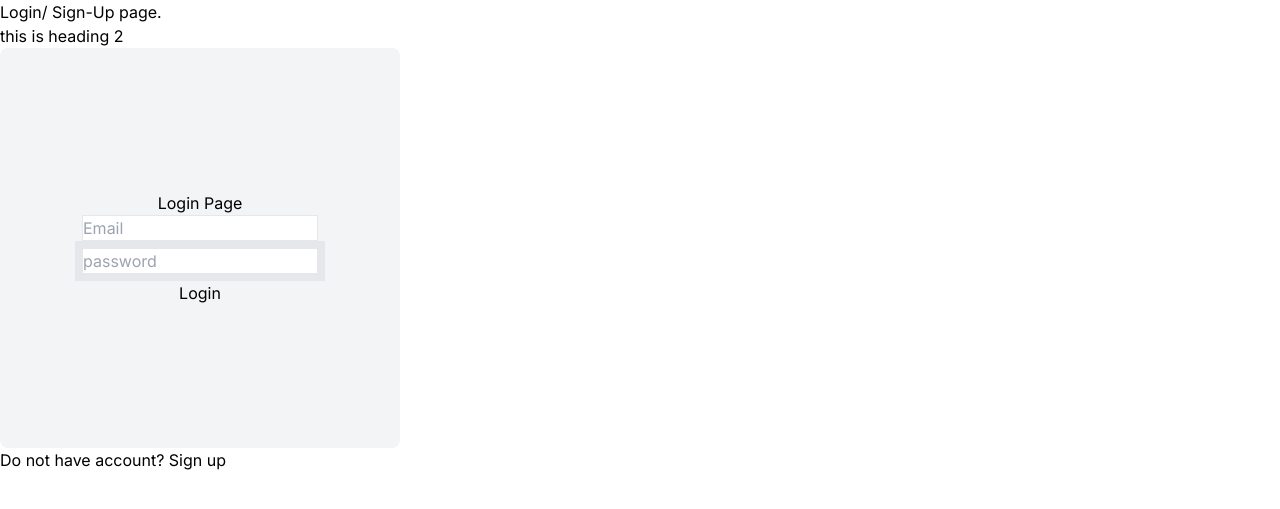
Repository: its-kundan/food-on-time
Page: /restaurant
An editor plug-in stored every save of this project. The page is shown before and after the next save, followed by the edit.
The browser window is 1280 px wide. The pictures show the whole page.
The project was rebuilt for these pictures with package versions that can differ from the ones it lists, and the page was loaded fresh each time. The framework's server and built-in components were replaced by stand-ins that run in the browser. Also part of the build but not shown: next.config.mjs, src/app/_components/SignUp.jsx.

Above is the page before, as saved 2024-07-24 23:35:18.

After the next save:
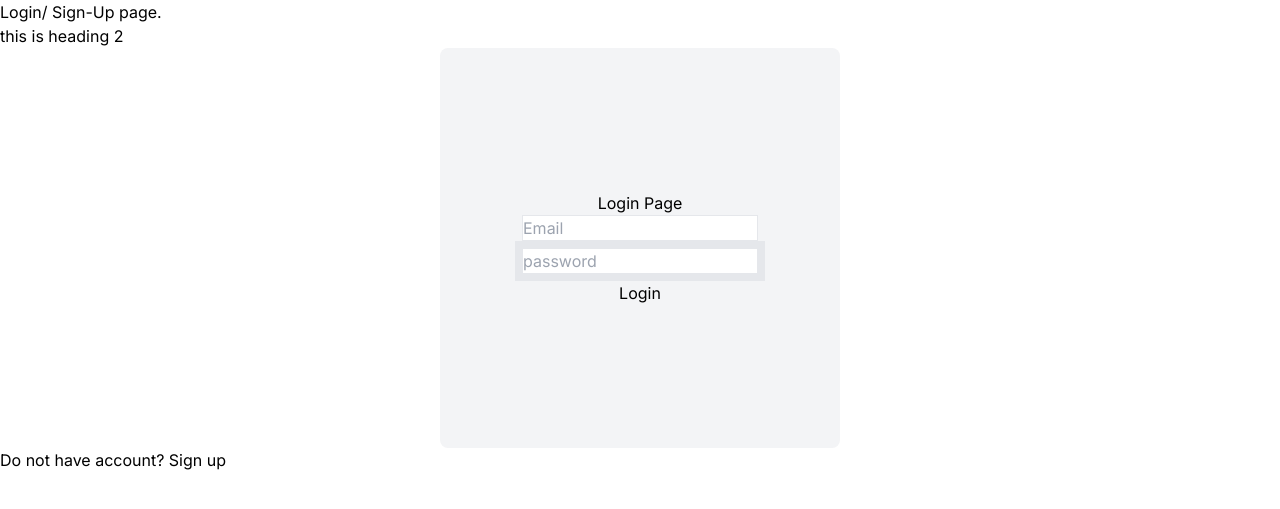
Saved 7 s later.
--- a/src/app/_components/Login.jsx
+++ b/src/app/_components/Login.jsx
@@ -3,7 +3,7 @@ import React from 'react'
 function Login() {
   return (
     <>
-    <div className='flex just'>
+    <div className='flex justify-center item-'>
 
         <div className='flex flex-col border-3 shadow-4 h-[400px] w-[400px] items-center justify-center bg-gray-100 dark:bg-gray-800 rounded-lg'>
         <h3> Login  Page</h3>
